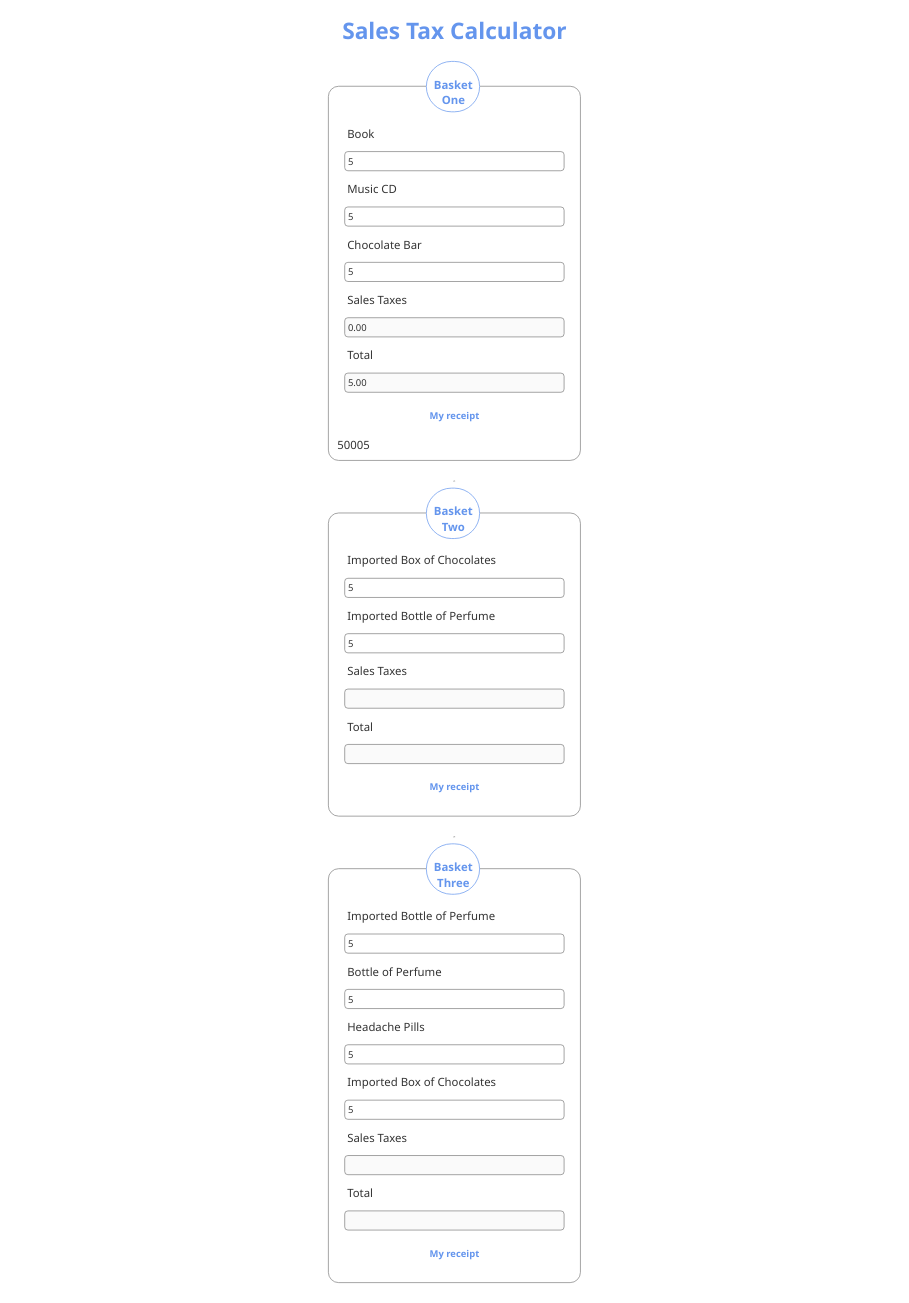
Repository: duzzisantos/sales-tax
Page: index.html
These files come from the project's save history. The page is drawn as it stood at one moment and after the next save; the edit follows.
The browser window is 1280 px wide. The pictures show the whole page, at 71% of full size.
Empty fields were first filled with sample values (such as "Sample", 5 or name@example.com).
After loading, the first visible `#book` was changed once.

Above is the page before, as saved 2022-05-25 22:12:39.

After the next save:
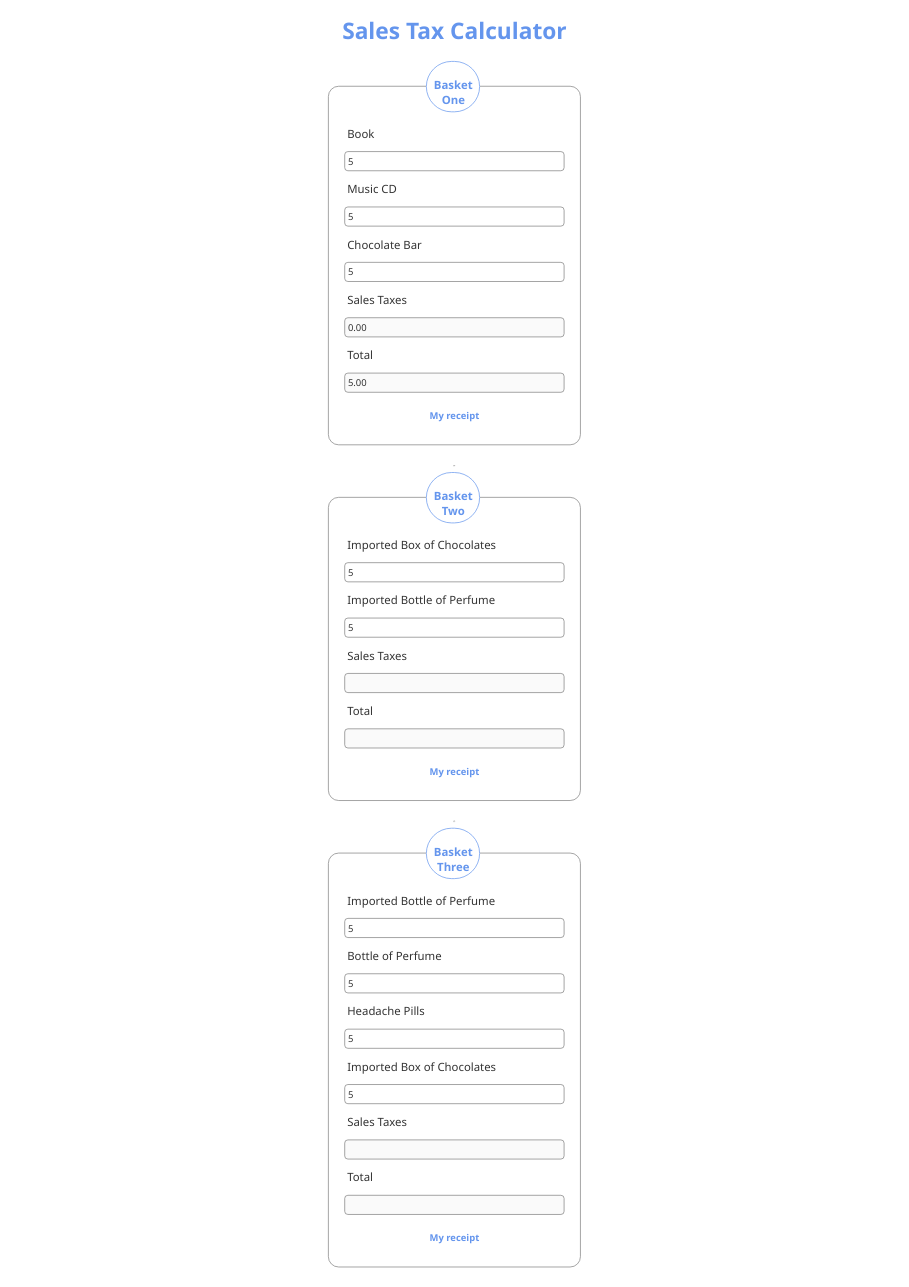
Console error: TypeError: Failed to execute 'appendChild' on 'Node': parameter 1 is not of type 'Node'.
Saved 56 s later.
--- a/first.js
+++ b/first.js
@@ -38,5 +38,5 @@
 
   //Receipt list
   const listOne = document.getElementById("listOne");
-  listOne.append(+book, +musicCD, +chocolateBar, +totalTaxes, +netPayment);
+  listOne.appendChild(+book, +musicCD, +chocolateBar, +totalTaxes, +netPayment);
 };

After the 5 saves that followed:
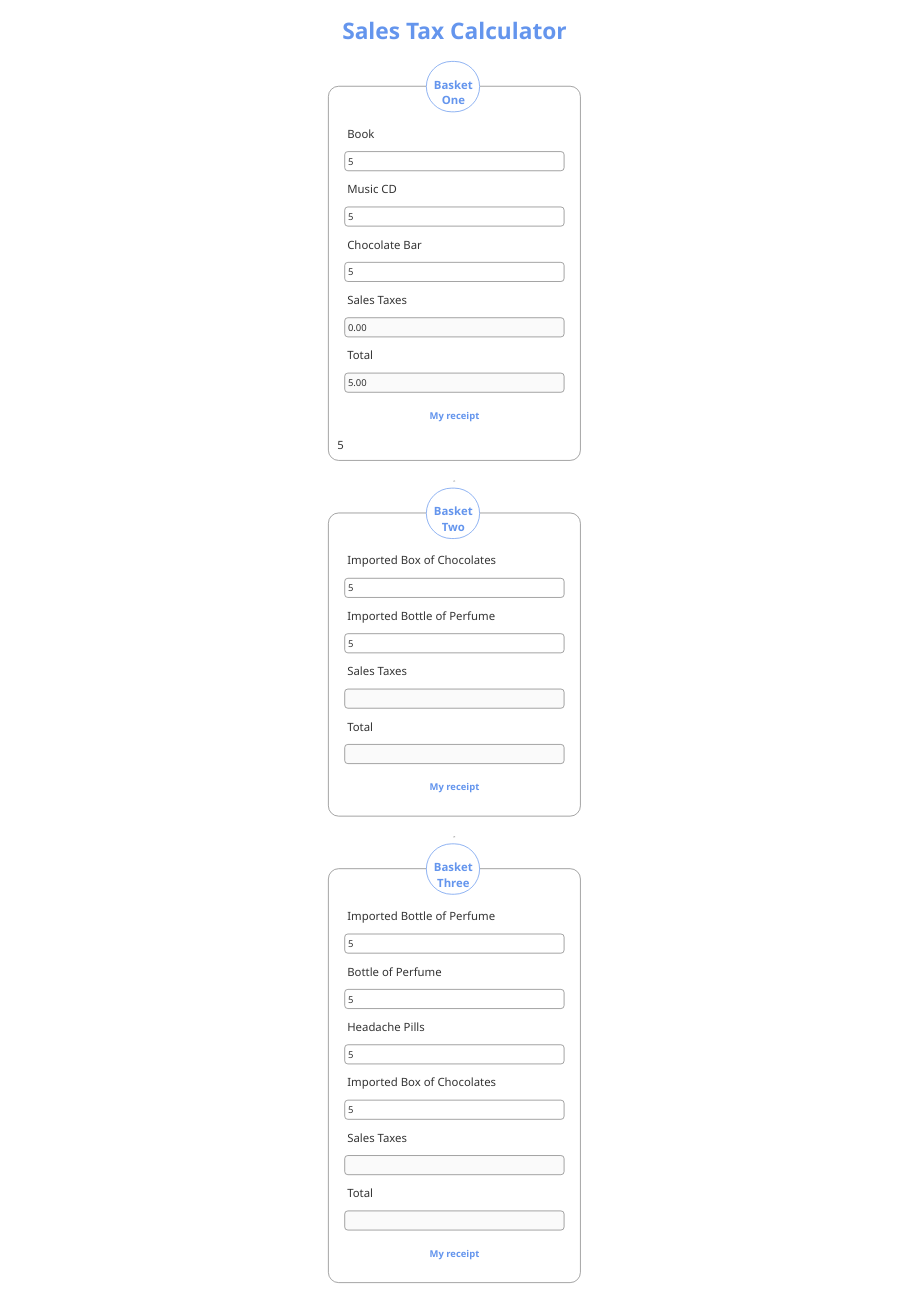
The error is gone.
The 5 saves are shown as one change because 4 left the picture as it was.
The last was saved 6 min 31 s later.
--- a/first.js
+++ b/first.js
@@ -38,5 +38,5 @@
 
   //Receipt list
   const listOne = document.getElementById("listOne");
-  listOne.appendChild(+book, +musicCD, +chocolateBar, +totalTaxes, +netPayment);
+  listOne.innerHTML = book
 };
